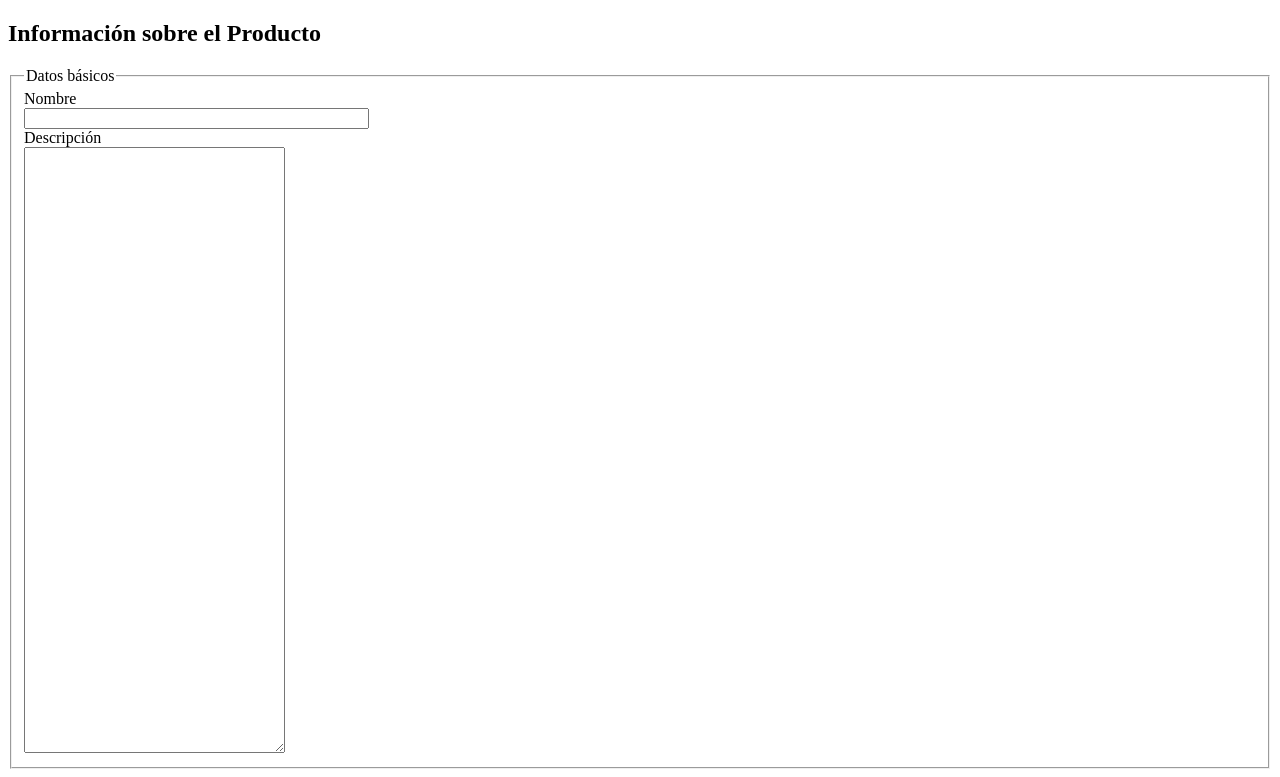
Repository: GonzaDelgado/JavaProjects
Page: modulo_html/WebContent/Form_avanzado2.html
The author's editor kept a copy of each file at every save. The page is drawn from the files as they stood at one save, then again after the next save.
The browser window is 1280 px wide. The pictures show the whole page.

Above is the page before, as saved 2021-02-08 15:26:11.

### modulo_html/WebContent/Form_avanzado2.html
<!DOCTYPE html>
<html>
<head>
<meta charset="UTF-8">
<title>Informacion del Producto</title>
</head>
<body>
	<h2>Información sobre el Producto</h2>
	<form action=".." method="post" enctype="multipart/form-data">
	<fieldset><legend>Datos básicos</legend>
		<label for="nombre_usuario">Nombre</label> <br/>
		<input type ="text" size="40" name="nombre" value="" maxlength="100"/><br>
		<label for="descripcion">Descripción</label> <br/>
		<textarea rows="40" cols="30" name="descripcion"></textarea>
	</fieldset>

	</form>
</body>
</html>

After the next save:
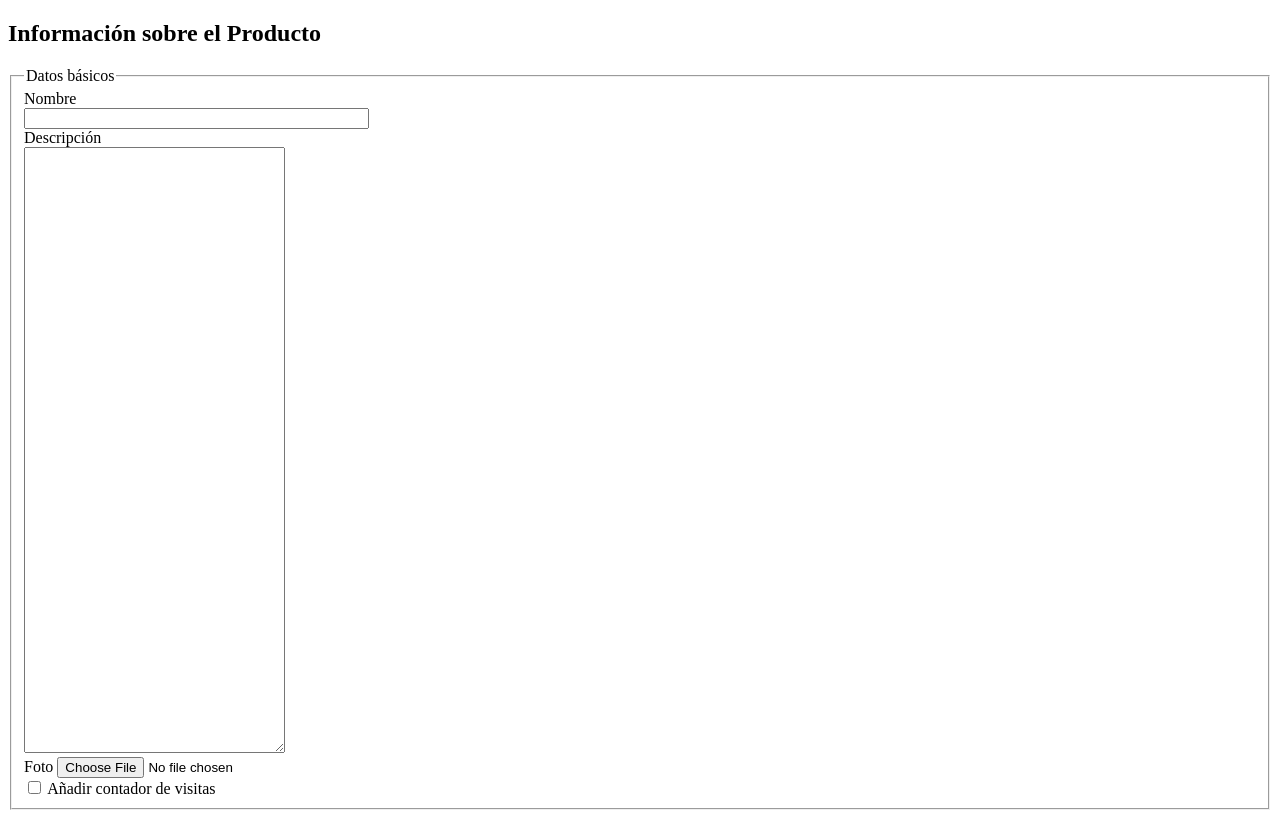
Saved 2 min 56 s later.
--- a/modulo_html/WebContent/Form_avanzado2.html
+++ b/modulo_html/WebContent/Form_avanzado2.html
@@ -11,7 +11,11 @@
 		<label for="nombre_usuario">Nombre</label> <br/>
 		<input type ="text" size="40" name="nombre" value="" maxlength="100"/><br>
 		<label for="descripcion">Descripción</label> <br/>
-		<textarea rows="40" cols="30" name="descripcion"></textarea>
+		<textarea rows="40" cols="30" name="descripcion"></textarea><br>
+		<label for="adjunto">Foto</label> <input type="file" name="adjunto" /><br>
+		<input name="añadir_contador" type="checkbox" value="añadir_contador"/>
+		<label for="añadir_contador">Añadir contador de visitas</label> <br/>
+
 	</fieldset>
 
 	</form>
